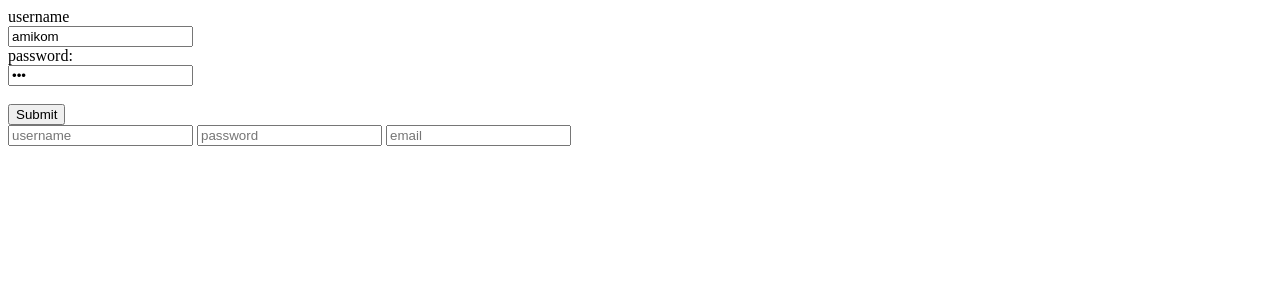
Repository: keyx-alt/pemrograman_web
Page: form.html
The author's editor kept a copy of each file at every save. The page is drawn from the files as they stood at one save, then again after the next save.
The browser window is 1280 px wide. The pictures show the whole page.

Above is the page before, as saved 2026-04-16 14:16:41.

After the next save:
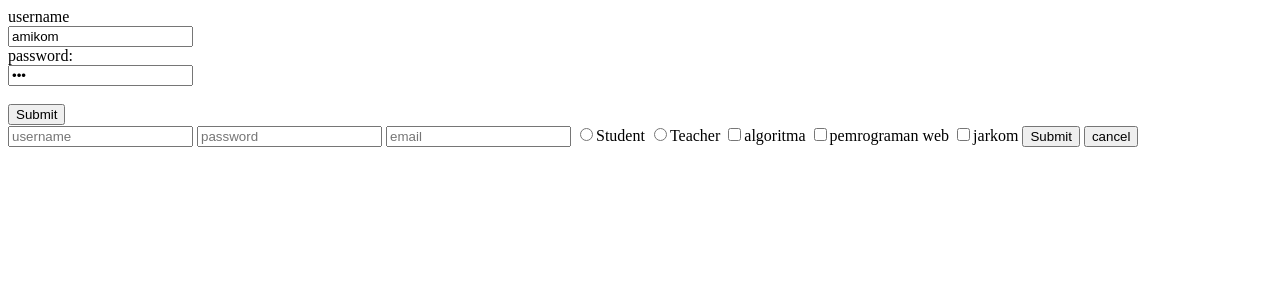
Saved 117 s later.
--- a/form.html
+++ b/form.html
@@ -18,6 +18,13 @@
         <input type="text" placeholder="username">
         <input type="password" placeholder="password">
         <input type="email" placeholder="email">
+        <input type="radio">Student
+        <input type="radio">Teacher
+        <input type="checkbox" >algoritma
+        <input type="checkbox" >pemrograman web
+        <input type="checkbox" >jarkom
+        <input type="submit">
+        <input type="button" value="cancel">
     </form>
 </body>
 </html>
